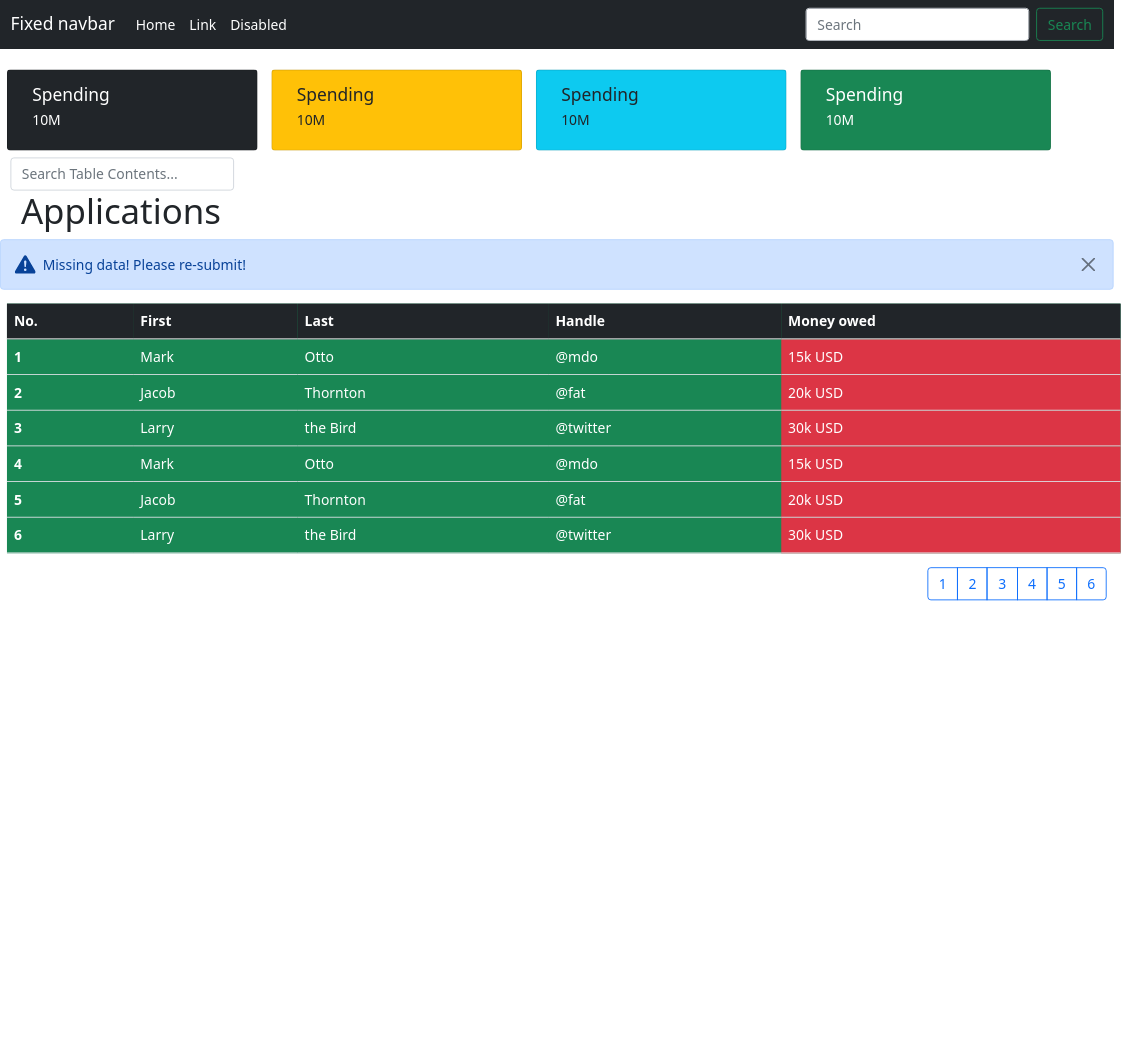
Repository: Dayvid0/BOOTSTRAP-TUTORIALS
Page: BOOTSTRAP-GRID-LAYOUTS/zylo.html
An editor plug-in stored every save of this project. The page is shown before and after the next save, followed by the edit.
The browser window is 1280 px wide. The page is 1316 px wide, so the pictures cover 1316 px, including what lies to the right of the window. The pictures show the whole page, at 87% of full size.

Above is the page before, as saved 2025-02-01 08:52:12.

### BOOTSTRAP-GRID-LAYOUTS/zylo.html
<!doctype html>
<html lang="en">
  <head>
    <!-- Required meta tags -->
    <meta charset="utf-8">
    <meta name="viewport" content="width=device-width, initial-scale=1">
    <!-- Bootstrap CSS -->
    <link href="https://cdn.jsdelivr.net/npm/bootstrap@5.0.2/dist/css/bootstrap.min.css" rel="stylesheet" integrity="sha384-EVSTQN3/azprG1Anm3QDgpJLIm9Nao0Yz1ztcQTwFspd3yD65VohhpuuCOmLASjC" crossorigin="anonymous">
    <title>ZYLO</title>
    <style>
      body {
      min-height: 75rem;
      padding-top: 4.5rem;
}
    </style>
  </head>
  <body>
    <div class="container-fluid">
      <div class="row ">
        <div class="card m-2 col-md-3 bg-dark text-white" style="width: 18rem;">
          <div class="card-body">
            <h5 class="card-title">Spending</h5>
            <h6>10M</h6>
          </div>
        </div>
        <div class="card m-2 col-md-3 bg-warning" style="width: 18rem;">
          <div class="card-body">
            <h5 class="card-title">Spending</h5>
            <h6>10M</h6>
          </div>
        </div>
        <div class="card m-2 col-md-3 bg-info" style="width: 18rem;">
          <div class="card-body">
            <h5 class="card-title">Spending</h5>
            <h6>10M</h6>
          </div>
        </div>
        <div class="card m-2 col-md-3 bg-success text-white" style="width: 18rem;">
          <div class="card-body">
            <h5 class="card-title">Spending</h5>
            <h6>10M</h6>
          </div>
        </div>
      </div>
    </div>
    <nav class="navbar navbar-expand-md navbar-dark fixed-top bg-dark">
      <div class="container-fluid">
        <a class="navbar-brand" href="#">Fixed navbar</a>
        <button class="navbar-toggler" type="button" data-bs-toggle="collapse" data-bs-target="#navbarCollapse" aria-controls="navbarCollapse" aria-expanded="false" aria-label="Toggle navigation">
          <span class="navbar-toggler-icon"></span>
        </button>
        <div class="collapse navbar-collapse" id="navbarCollapse">
          <ul class="navbar-nav me-auto mb-2 mb-md-0">
            <li class="nav-item">
              <a class="nav-link active" aria-current="page" href="#">Home</a>
            </li>
            <li class="nav-item">
              <a class="nav-link active" href="#">Link</a>
            </li>
            <li class="nav-item">
              <a class="nav-link active" href="#" tabindex="-1" aria-disabled="true">Disabled</a>
            </li>
          </ul>
          <form class="d-flex">
            <input class="form-control me-2" type="search" placeholder="Search" aria-label="Search">
            <button class="btn btn-outline-success" type="submit">Search</button>
          </form>
        </div>
      </div>
    </nav>
      <div class="row">
        <input class="form-control  mx-4 w-auto " type="search" placeholder="Search Table Contents..." aria-label="Search">
        <h1 class="mx-4">Applications</h1>
      </div>
      <!--Alerts-->
      <div class="alert alert-primary d-flex align-items-center justify-content-between w-auto mx-auto" role="alert">
        <div class="d-flex align-items-center w-">
            <svg xmlns="http://www.w3.org/2000/svg" width="24" height="24" fill="currentColor" class="bi bi-exclamation-triangle-fill flex-shrink-0 me-2" viewBox="0 0 16 16" role="img" aria-label="Warning:">
                <path d="M8.982 1.566a1.13 1.13 0 0 0-1.96 0L.165 13.233c-.457.778.091 1.767.98 1.767h13.713c.889 0 1.438-.99.98-1.767L8.982 1.566zM8 5c.535 0 .954.462.9.995l-.35 3.507a.552.552 0 0 1-1.1 0L7.1 5.995A.905.905 0 0 1 8 5zm.002 6a1 1 0 1 1 0 2 1 1 0 0 1 0-2z"/>
            </svg>
            <div>
                Missing data! Please re-submit!
            </div>
        </div>
        <button type="button" class="btn-close ms-auto" data-bs-dismiss="alert" aria-label="Close"></button>
    </div>
      <!--End of alerts-->
    <table class="table table-hover mx-2 bg-success text-white">
      <thead class="bg-dark text-white">
        <tr >
          <th scope="col">No.</th>
          <th scope="col">First</th>
          <th scope="col">Last</th>
          <th scope="col">Handle</th>
          <th scope="col">Money owed</th>
        </tr>
      </thead>
      <tbody>
        <tr>
          <th scope="row">1</th>
          <td>Mark</td>
          <td>Otto</td>
          <td>@mdo</td>
          <td class="bg-danger">15k USD</td>
        </tr>
        <tr>
          <th scope="row">2</th>
          <td>Jacob</td>
          <td>Thornton</td>
          <td>@fat</td>
          <td class="bg-danger">20k USD</td>
        </tr>
        <tr>
          <th scope="row">3</th>
          <td >Larry </td>
          <td>the Bird</td>
          <td>@twitter</td>
          <td class="bg-danger">30k USD</td>
        </tr>
        <tr>
          <th scope="row">4</th>
          <td>Mark</td>
          <td>Otto</td>
          <td>@mdo</td>
          <td class="bg-danger">15k USD</td>
        </tr>
        <tr>
          <th scope="row">5</th>
          <td>Jacob</td>
          <td>Thornton</td>
          <td>@fat</td>
          <td class="bg-danger">20k USD</td>
        </tr>
        <tr>
          <th scope="row">6</th>
          <td>Larry </td>
          <td>the Bird</td>
          <td>@twitter</td>
          <td class="bg-danger">30k USD</td>
        </tr>
      </tbody>
    </table>
    <div class="d-flex justify-content-end m-2">
    <div class="btn-group" role="group" aria-label="Basic example">
      <button type="button" class="btn btn-outline-primary">1</button>
      <button type="button" class="btn btn-outline-primary ">2</button>
      <button type="button" class="btn btn-outline-primary">3</button>
      <button type="button" class="btn btn-outline-primary">4</button>
      <button type="button" class="btn btn-outline-primary ">5</button>
      <button type="button" class="btn btn-outline-primary">6</button>
    </div>
  </div>
    <script src="https://cdn.jsdelivr.net/npm/bootstrap@5.0.2/dist/js/bootstrap.bundle.min.js" integrity="sha384-MrcW6ZMFYlzcLA8Nl+NtUVF0sA7MsXsP1UyJoMp4YLEuNSfAP+JcXn/tWtIaxVXM" crossorigin="anonymous"></script>
  </body>
</html>

After the next save:
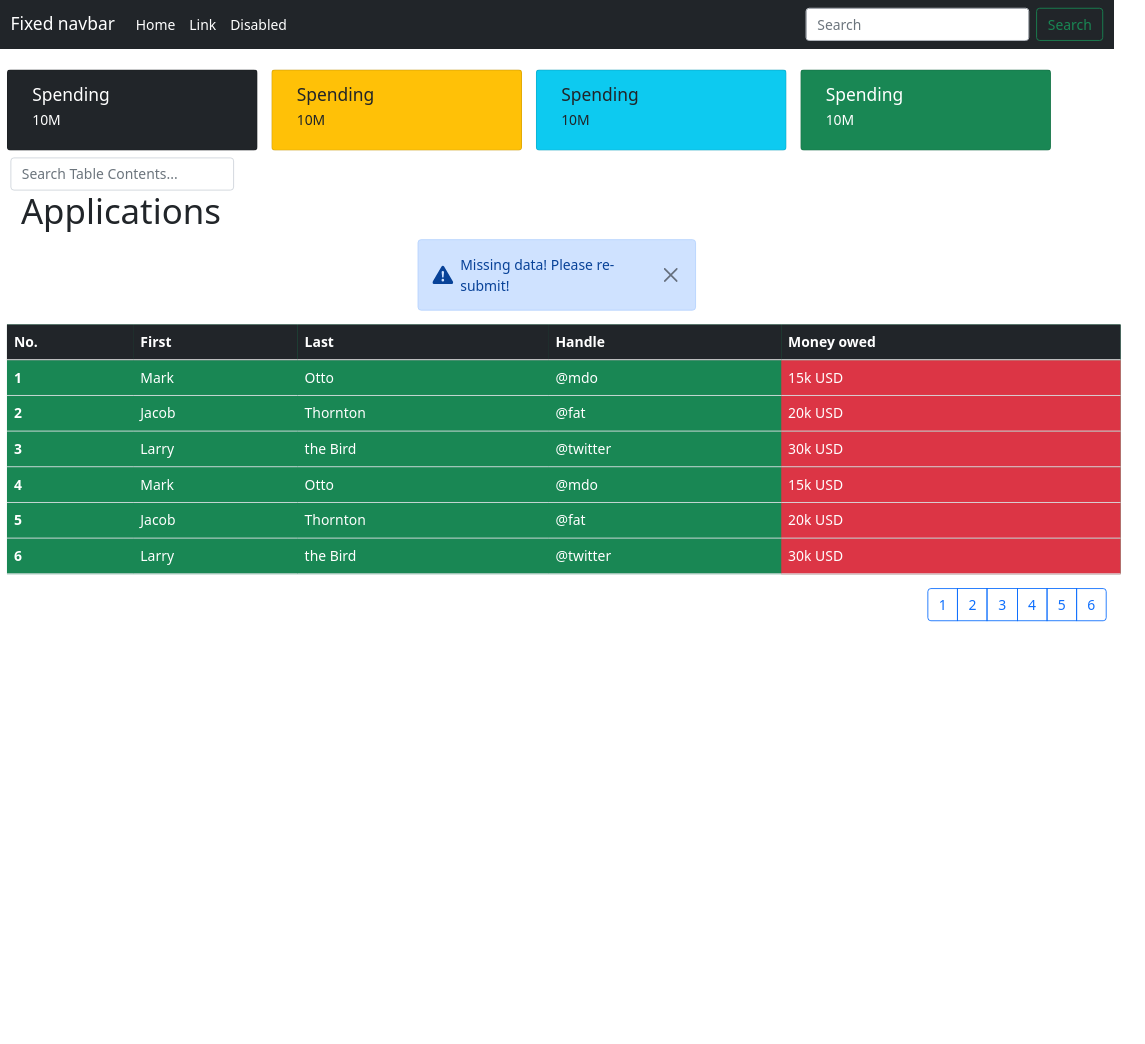
Saved 27 s later.
--- a/BOOTSTRAP-GRID-LAYOUTS/zylo.html
+++ b/BOOTSTRAP-GRID-LAYOUTS/zylo.html
@@ -73,7 +73,7 @@
         <h1 class="mx-4">Applications</h1>
       </div>
       <!--Alerts-->
-      <div class="alert alert-primary d-flex align-items-center justify-content-between w-auto mx-auto" role="alert">
+      <div class="alert alert-primary d-flex align-items-center justify-content-between w-25 mx-auto" role="alert">
         <div class="d-flex align-items-center w-">
             <svg xmlns="http://www.w3.org/2000/svg" width="24" height="24" fill="currentColor" class="bi bi-exclamation-triangle-fill flex-shrink-0 me-2" viewBox="0 0 16 16" role="img" aria-label="Warning:">
                 <path d="M8.982 1.566a1.13 1.13 0 0 0-1.96 0L.165 13.233c-.457.778.091 1.767.98 1.767h13.713c.889 0 1.438-.99.98-1.767L8.982 1.566zM8 5c.535 0 .954.462.9.995l-.35 3.507a.552.552 0 0 1-1.1 0L7.1 5.995A.905.905 0 0 1 8 5zm.002 6a1 1 0 1 1 0 2 1 1 0 0 1 0-2z"/>
